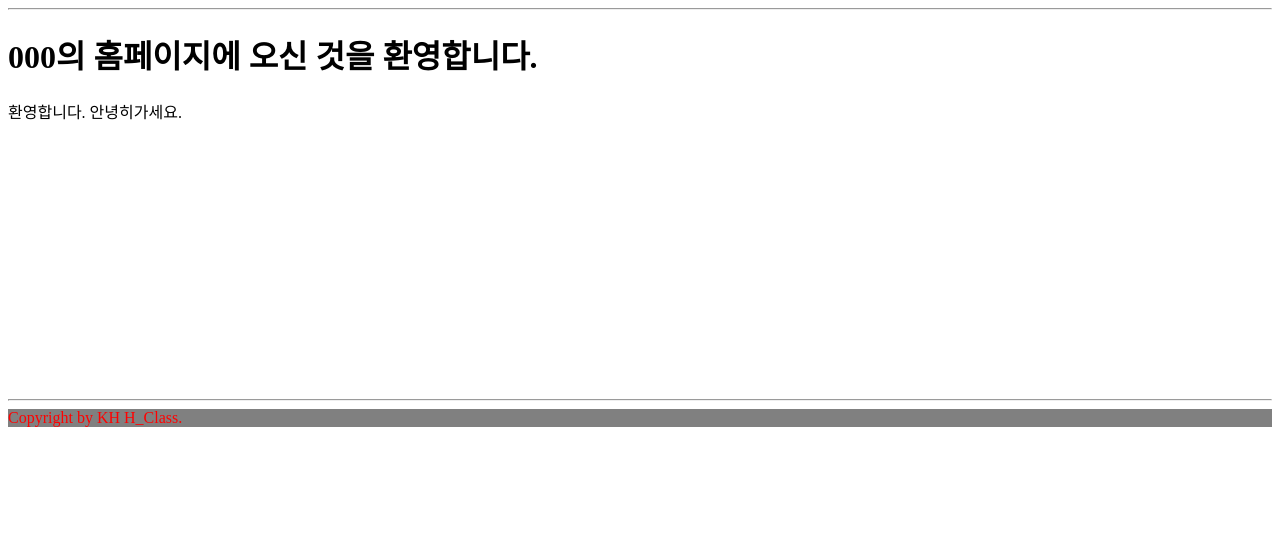
Repository: DuhanMo/servlet-jsp-practice
Page: http://localhost/jspProject/views/myHome.jsp
The author's editor kept a copy of each file at every save. The page is drawn from the files as they stood at one save, then again after the next save.
The browser window is 1280 px wide. The pictures show the whole page.
The page is served by Tomcat 9.

Above is the page before, as saved 2020-08-14 09:12:04.

After the next save:
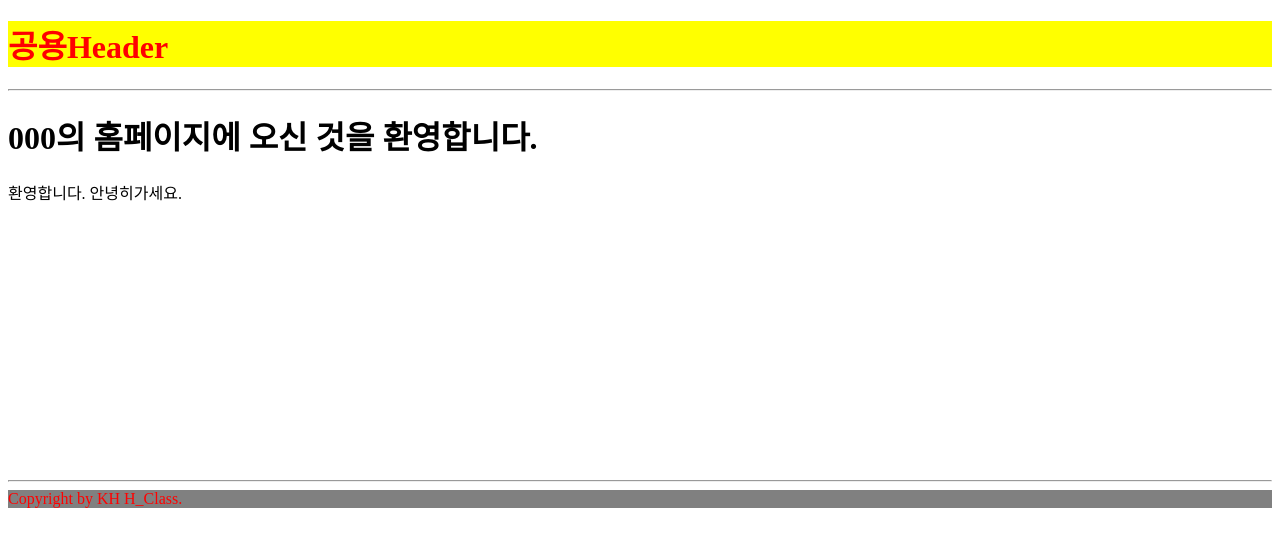
Saved 22 s later.
--- a/jspProject/WebContent/views/common/header.jsp
+++ b/jspProject/WebContent/views/common/header.jsp
@@ -1,3 +1,3 @@
 <%@ page language="java" contentType="text/html; charset=UTF-8"
 	pageEncoding="UTF-8"%>
-<header style="background: yellow; color: red;"></header>
+<header style="background: yellow; color: red;"><h1>공용Header</h1></header>
